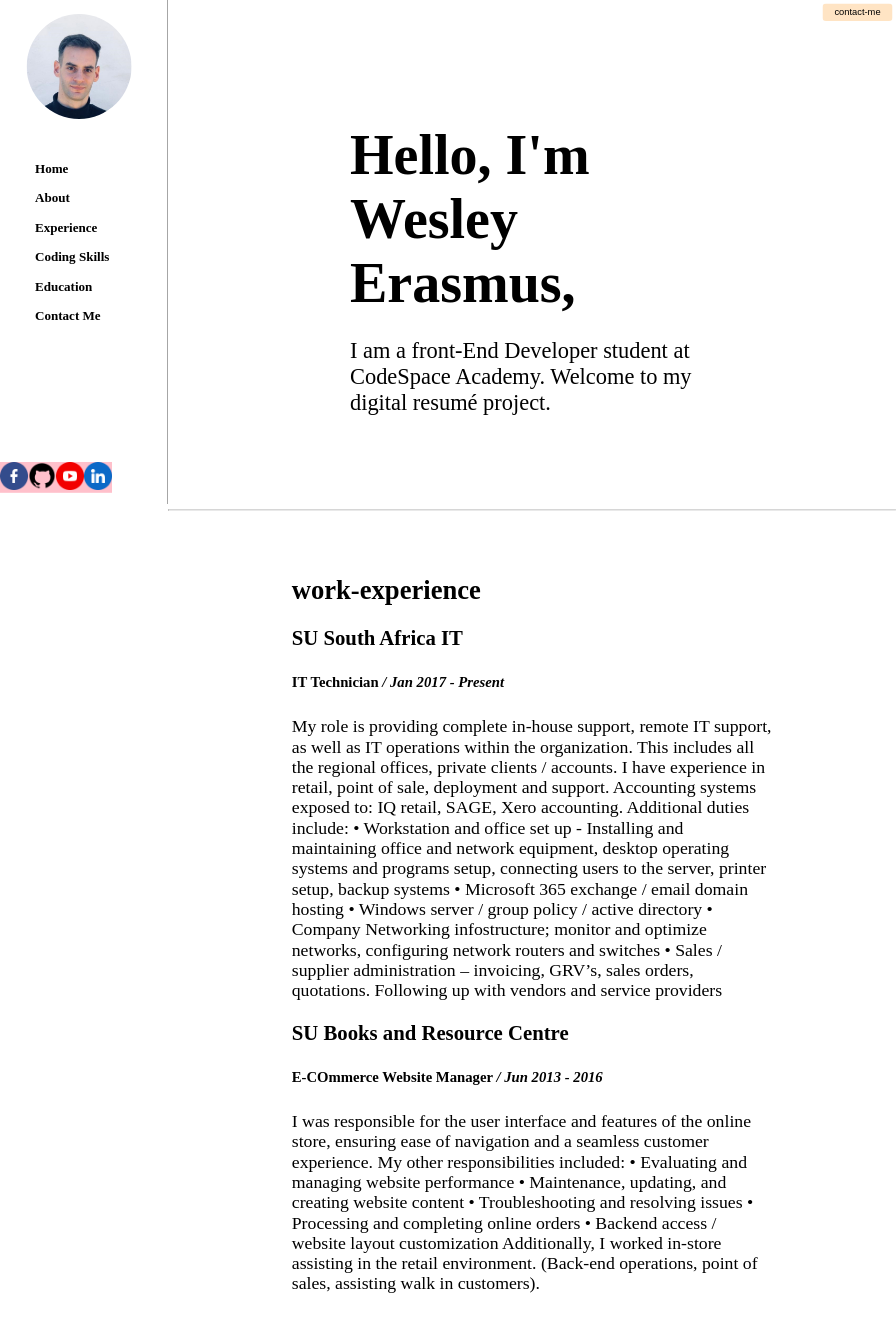
Repository: WesleyErasmus/MyDigitalResume-5
Page: index.html
An editor plug-in stored every save of this project. The page is shown before and after the next save, followed by the edit.
The browser window is 1280 px wide. The pictures show the part of the page from y = 0 to 1920 px (the page is 2720 px tall), at 70% of full size.

Above is the page before, as saved 2022-02-25 21:35:33.

After the next save:
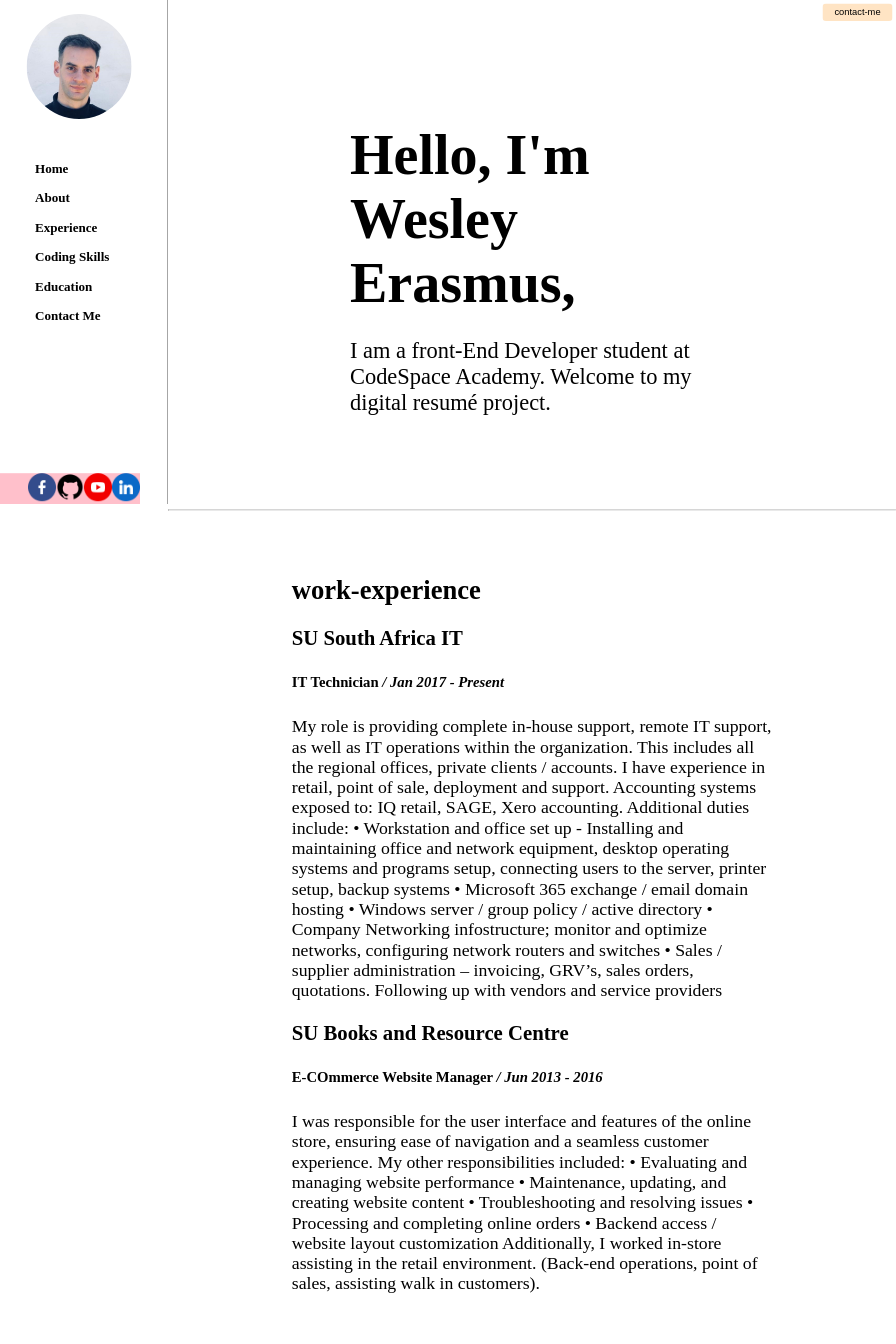
Saved 13 s later.
--- a/stylesheet.css
+++ b/stylesheet.css
@@ -64,7 +64,7 @@ ul.social-media-links {
     display: flex;
     position: absolute;
     bottom: 0;
-    padding: 0;
+    margin: 0 auto;
 }
 .nav-btns li {
     color: #000;
